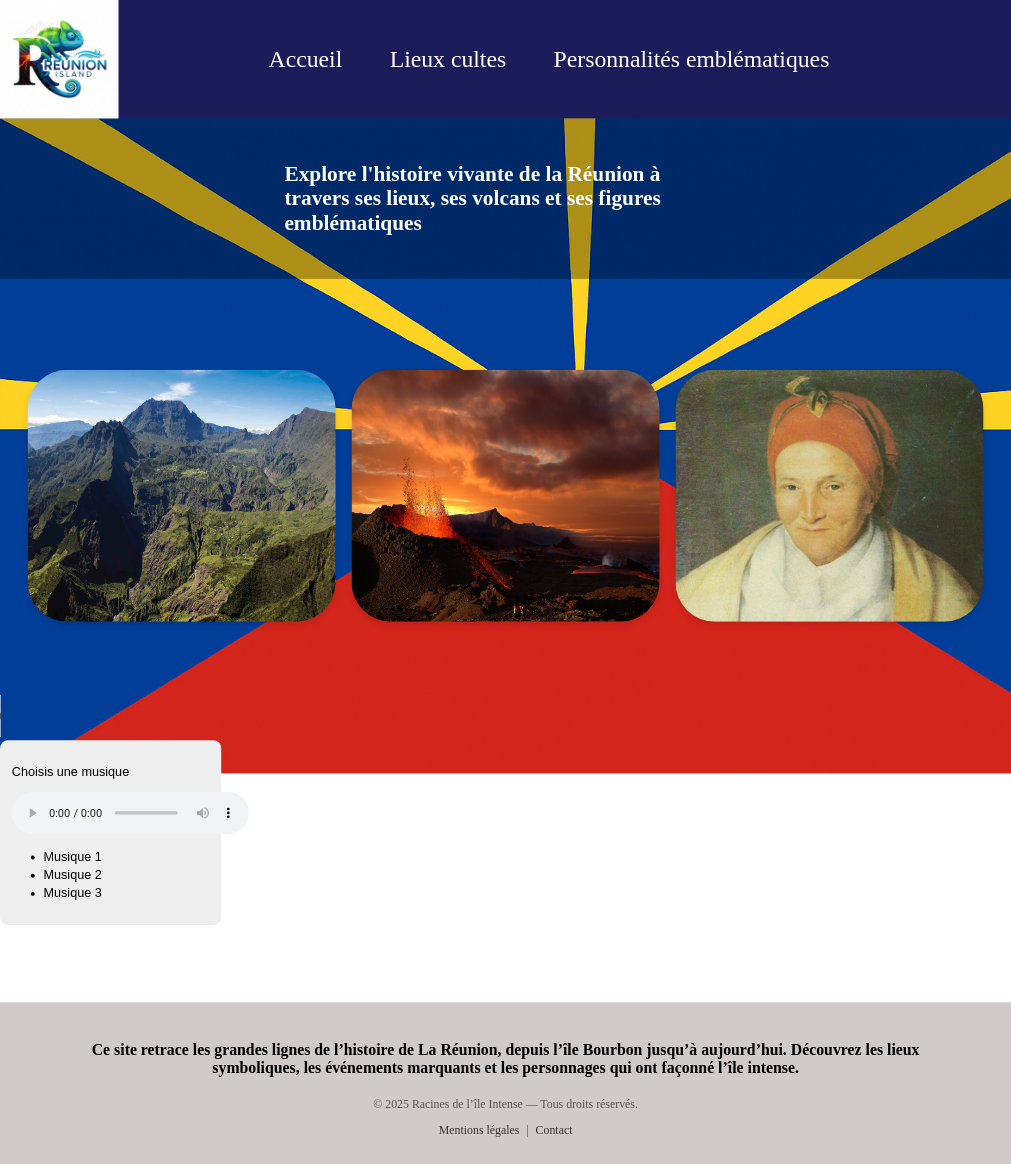
Repository: racinesintense974/Racines-de-lile-intense
Page: index.html
An editor plug-in stored every save of this project. The page is shown before and after the next save, followed by the edit.
The browser window is 1280 px wide. The pictures show the whole page, at 79% of full size.

Above is the page before, as saved 2026-02-12 14:35:54.

After the next save:
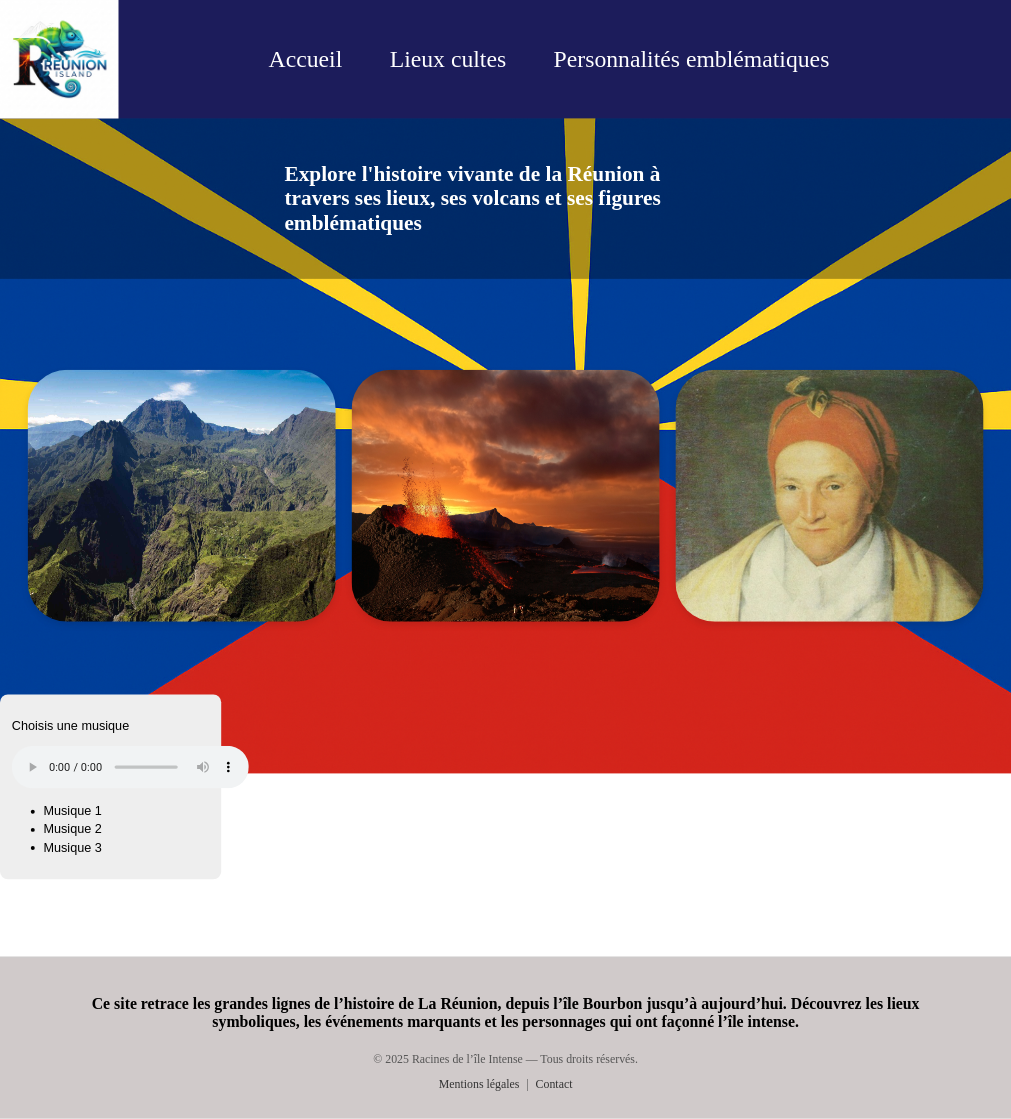
Saved 12 s later.
--- a/index.html
+++ b/index.html
@@ -67,11 +67,6 @@ li:hover{
 </section>
 </div>
 
-<audio controls>
-  <source src="BASTER - Marmay Lontan.mp3" type="audio/mpeg">
-</audio>
-
-
 <div class="player">
   <p id="titre">Choisis une musique</p>
 
